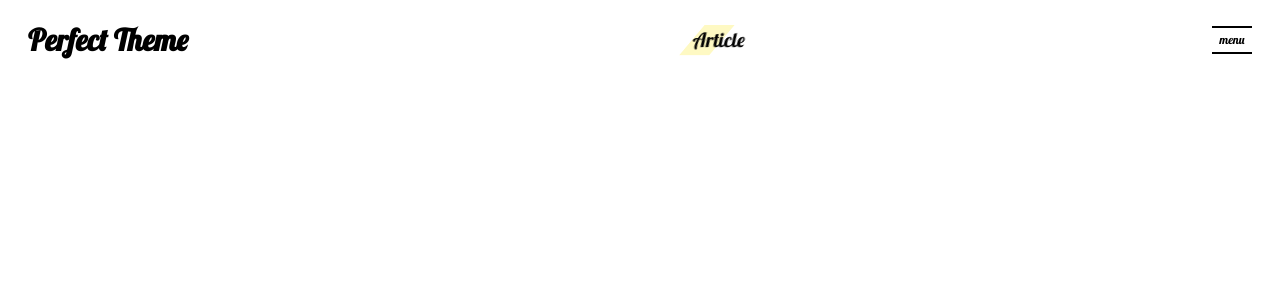
Repository: hsumyatm7308/laravel-blog
Page: blogweb/resources/views/blog/headerlayout.html
An editor plug-in stored every save of this project. The page is shown before and after the next save, followed by the edit.
The browser window is 1280 px wide. The pictures show the whole page.
Some web libraries are served in a nearby version.

Above is the page before, as saved 2023-09-04 16:05:18.

### blogweb/resources/views/blog/headerlayout.html
<!DOCTYPE html>
<html>

<head>
    <title>@yield('title')</title>
    <script src="https://cdn.tailwindcss.com"></script>

</head>
<style>
    @import url('https://fonts.googleapis.com/css2?family=Lobster&display=swap');

    body {
        font-family: 'Lobster', cursive;
    }

    .container {
        width: 80%;
        height: auto;
        /* background-color: antiquewhite; */

        display: flex;
        justify-content: center;
        align-items: center;

        position: relative;


    }

    .navlabel {
        position: relative;
        /* background-color: aqua; */
    }

    .lictn{
        position: relative;
    }

    .skewtextctn {
        width: 30px;
        height: 30px;

        position: fixed;
        top: 25px;

        transform: skew(-40deg);


    }

    .article {
        position: fixed;
        left: 1px;

        top: 1px;
        transform: skew(40deg);

    }
</style>

<body class="bg-[#ffff]">
    <nav class="w-[100vw] flex justify-center items-center">
        <h1 class="text-3xl font-semibold">Perfect Theme</h1>

        <div class="w-[80%] h-20 flex justify-center items-center container">
            <div class="flex justify-center items-center list-none navlabel">
                <li class="p-5 mr-4 lictn">
                    <div class="bg-yellow-100 skewtextctn">
                        <a href="" class="text-xl text-black article">Article</a>
                    </div>
                </li>
            </div>


        </div>

        <div class=" transform ">
            <span class="text-xs flex justify-center items-center flex-col">
                <div class="w-10 h-[2px] bg-black"></div>
                <span class="p-1 "> menu</span>
                <div class="w-10 h-[2px] bg-black font-semibold"></div>
            </span>
        </div>
    </nav>

</body>

</html>

After the next save:
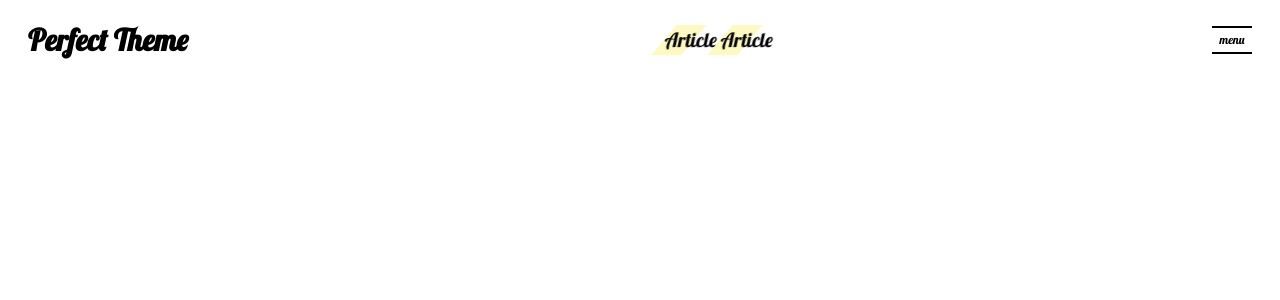
Saved 4 s later.
--- a/blogweb/resources/views/blog/headerlayout.html
+++ b/blogweb/resources/views/blog/headerlayout.html
@@ -69,6 +69,12 @@
                         <a href="" class="text-xl text-black article">Article</a>
                     </div>
                 </li>
+
+                <li class="p-5 mr-4 lictn">
+                    <div class="bg-yellow-100 skewtextctn">
+                        <a href="" class="text-xl text-black article">Article</a>
+                    </div>
+                </li>
             </div>
 
 
